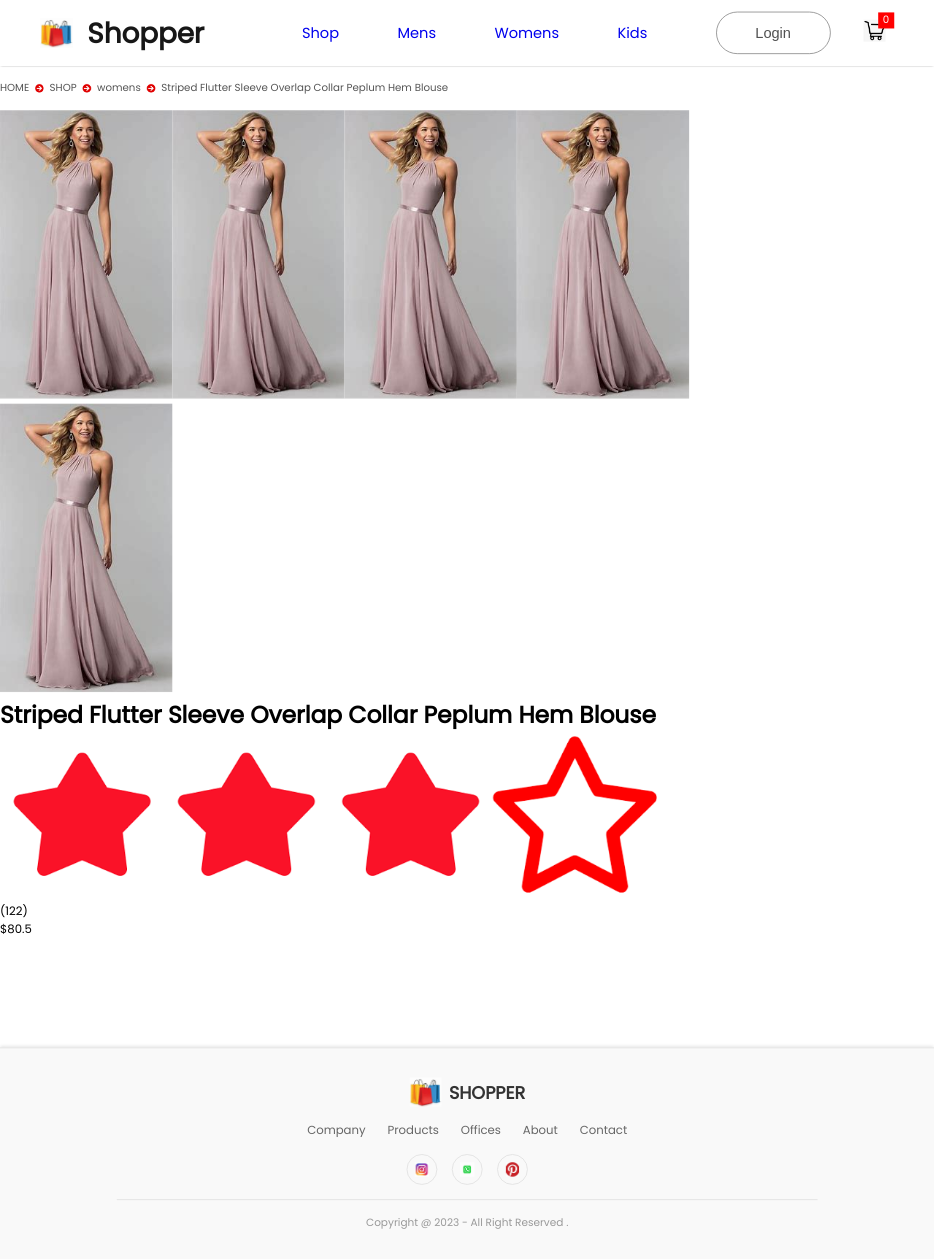
Repository: sshaiv/Shoppie_EcommerceAPP
Page: /product/1
The author's editor kept a copy of each file at every save. The page is drawn from the files as they stood at one save, then again after the next save.
The browser window is 1280 px wide. The pictures show the whole page, at 73% of full size.
The project was rebuilt for these pictures with package versions that can differ from the ones it lists, and the page was loaded fresh each time. Also part of the build but not shown: src/App.css, src/Components/Pages/CSS/ShopCategory.css, src/Components/Item/Item.css, src/Components/Item/Item.jsx, src/Components/Pages/ShopCategory.jsx, src/Components/ProductDisplay/ProductDisplay.css, src/Components/Pages/Cart.jsx, src/Components/Pages/CSS/LoginSignup.css and 14 more.

Above is the page before, as saved 2024-07-16 21:50:46.

After the next save:
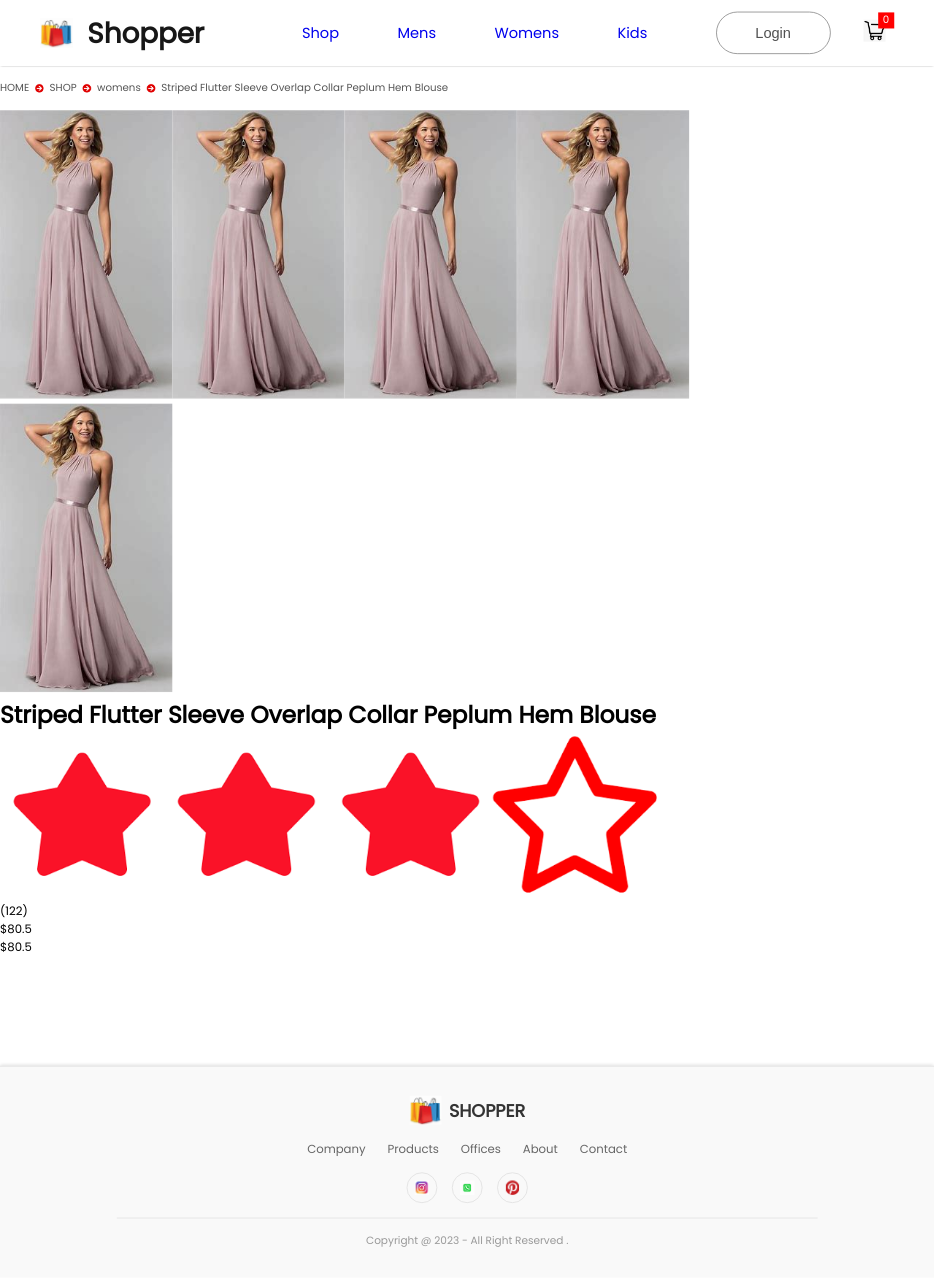
Saved 7 s later.
--- a/src/Components/ProductDisplay/ProductDisplay.jsx
+++ b/src/Components/ProductDisplay/ProductDisplay.jsx
@@ -31,6 +31,9 @@ const ProductDisplay = (props) => {
             <div className="productdisplay-right-price-old">
                 ${product.old_price}
             </div>
+            <div className="productdisplay-right-price-old">
+                ${product.old_price}
+            </div>
 
         </div>
       </div>
